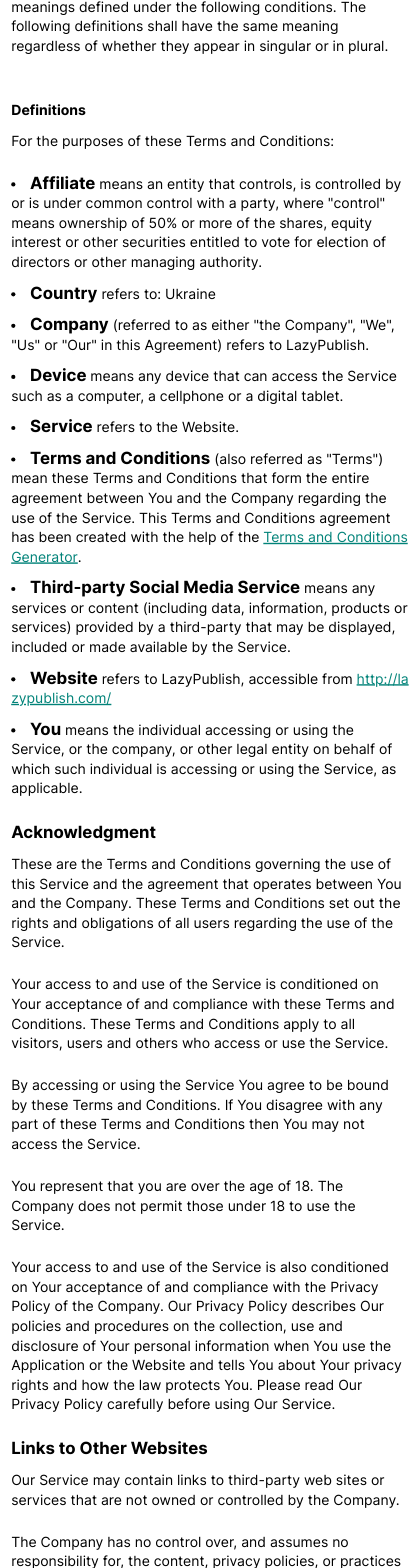
Repository: StragelX/LazyPublish
Page: terms.html
The author's editor kept a copy of each file at every save. The page is drawn from the files as they stood at one save, then again after the next save.
The browser window is 600 px wide. The pictures show the part of the page from y = 529 to 2769 px (the page is 8063 px tall before and 8054 px after), at 70% of full size.
The style sheet was rebuilt from its Sass, Less or Tailwind sources for each picture, by a compiler version that may differ from the author's.

Above is the page before, as saved 2021-08-03 18:57:17.

After the next save:
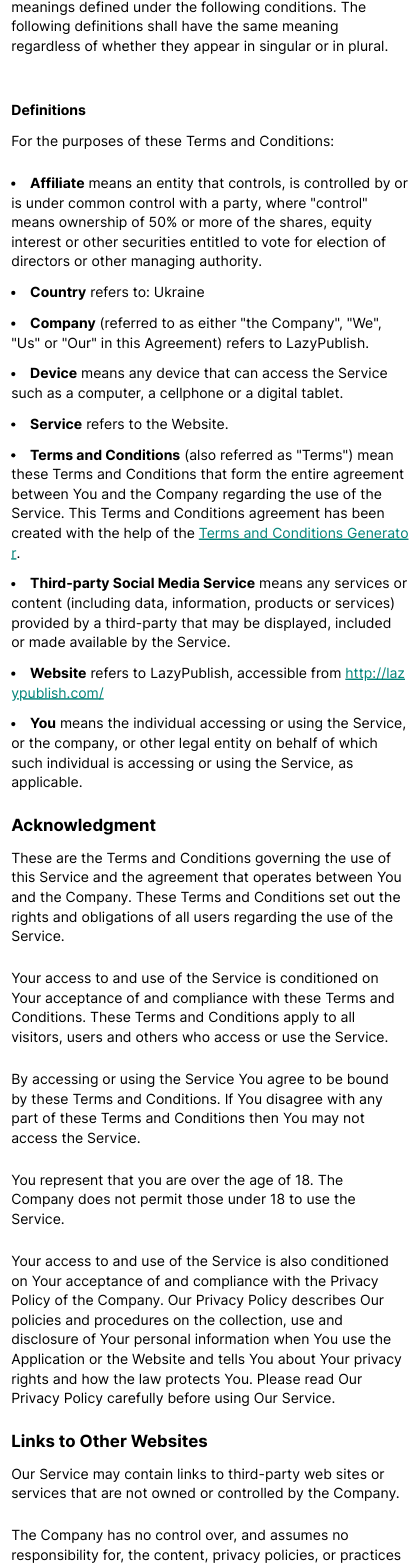
Saved 31 s later.
--- a/css/styles.scss
+++ b/css/styles.scss
@@ -648,6 +648,11 @@
     font-size: 24px;
     font-weight: 700;
     font-family: "Inter - Bold";
+
+    @media all and (max-width: 767px) {
+      font-size: 20px;
+      line-height: 28px;
+    }
   }
 
   a {
